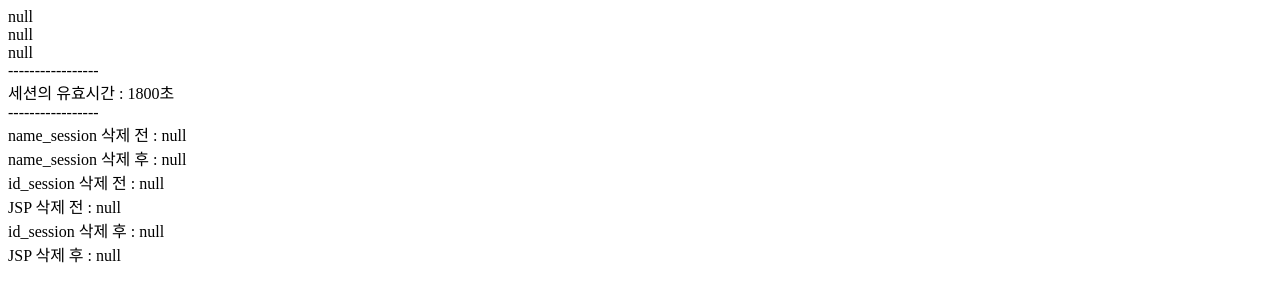
Repository: eun-chongzzz/jsp_practice
Page: http://localhost/JSPBasic/jspObject/5.session/session_check.jsp
The author's editor kept a copy of each file at every save. The page is drawn from the files as they stood at one save, then again after the next save.
The browser window is 1280 px wide. The pictures show the whole page.
The page is served by Tomcat 9.

Above is the page before, as saved 2022-02-08 01:45:00.

After the next save:
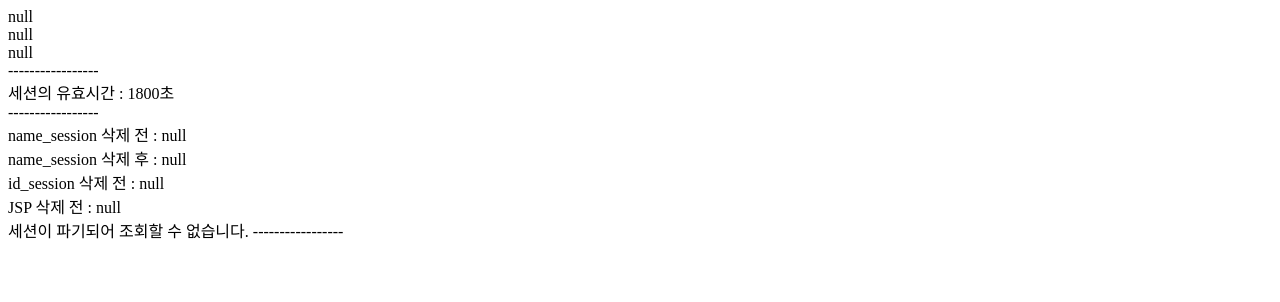
Saved 2 min 20 s later.
--- a/JSPBasic/src/main/webapp/jspObject/5.session/session_check.jsp
+++ b/JSPBasic/src/main/webapp/jspObject/5.session/session_check.jsp
@@ -45,10 +45,12 @@
 	// 세션 전체적으로 다 삭제
 	session.invalidate();
 
-	// 삭제가 완료된 다음 다시 위에 조회했던 세션 2개를 확인해주세요.
-	out.println("id_session 삭제 후 : " + userId + "<br>");
-
-	out.println("JSP 삭제 후 : " + JSP + "<br>");
+	if(request.isRequestedSessionIdValid()){
+		out.println("유효한 세션 존재");
+	} else {
+		out.println("세션이 파기되어 조회할 수 없습니다.");
+	}
+	out.println("-----------------"+ "<br>");
 %>
 <!DOCTYPE html>
 <html>
